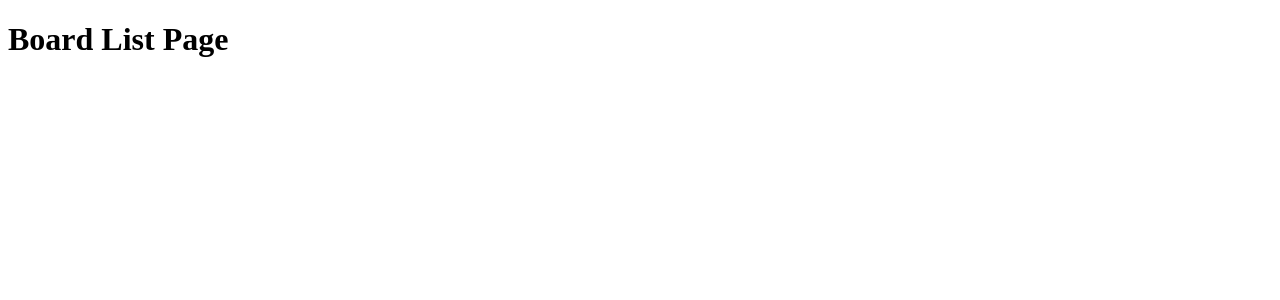
Repository: kurunai/jsp3
Page: http://localhost/jsp_board/board/list.jsp
These files come from the project's save history. The page is drawn as it stood at one moment and after the next save; the edit follows.
The browser window is 1280 px wide. The pictures show the whole page.
The page is served by Tomcat 9. Other server files are loaded and not shown.

Above is the page before, as saved 2022-08-17 06:17:08.

### _jspworkspace2/jsp_board/src/main/webapp/board/list.jsp
<%@ page language="java" contentType="text/html; charset=UTF-8"
    pageEncoding="UTF-8"%>
<%@ taglib uri="http://java.sun.com/jsp/jstl/core" prefix="c"%>
<!DOCTYPE html>
<html>
<head>
<meta charset="UTF-8">
<title>Insert title here</title>
</head>
<body>
	<h1>
		Board List Page
	</h1>
</body>
</html>

After the next save:
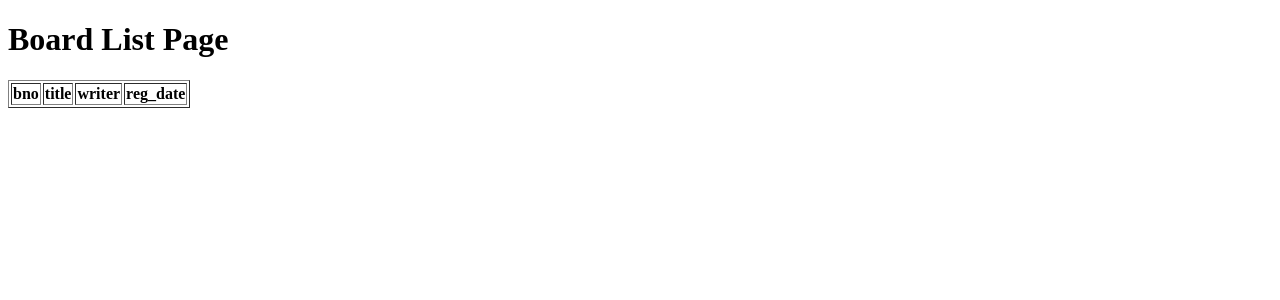
Saved 25 min 17 s later.
--- a/_jspworkspace2/jsp_board/src/main/webapp/board/list.jsp
+++ b/_jspworkspace2/jsp_board/src/main/webapp/board/list.jsp
@@ -11,5 +11,13 @@
 	<h1>
 		Board List Page
 	</h1>
+	<table border="1">
+		<tr>
+			<th>bno</th>
+			<th>title</th>
+			<th>writer</th>
+			<th>reg_date</th>
+		</tr>
+	</table>
 </body>
 </html>
